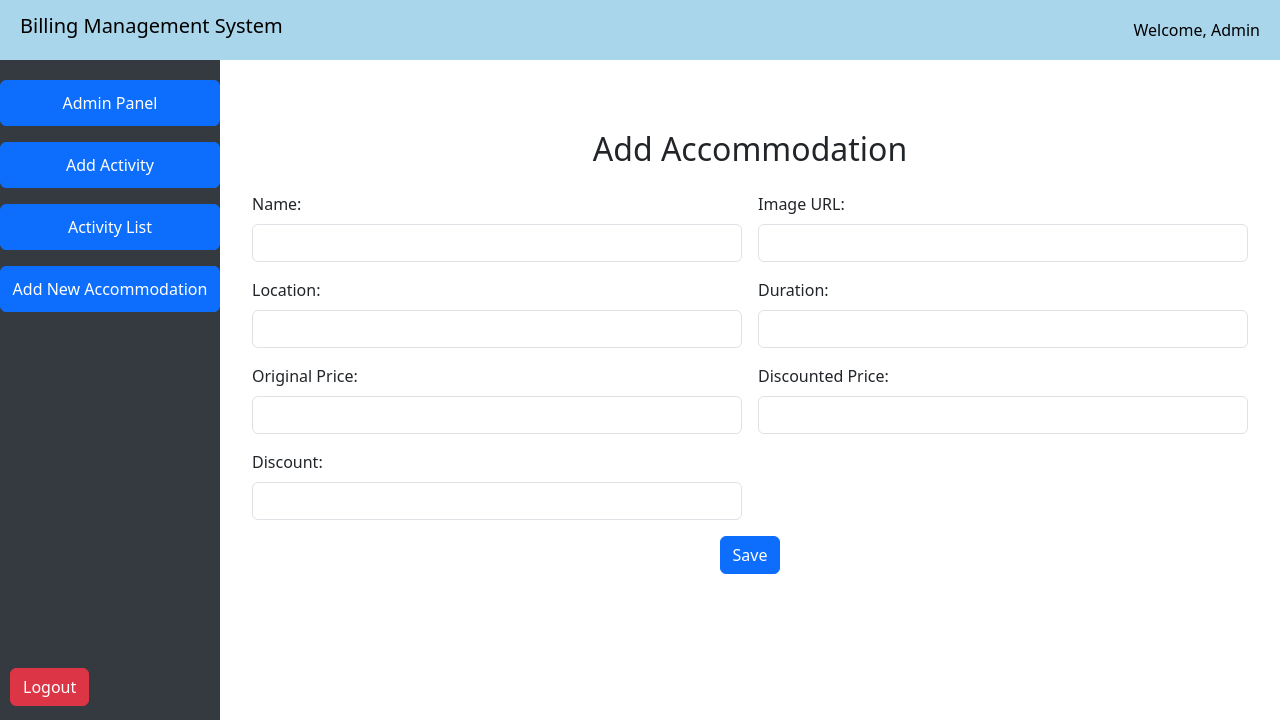
Repository: ruturajsurwase/Thymleaf-Projects
Page: http://localhost/accommodationcamp-form
The author's editor kept a copy of each file at every save. The page is drawn from the files as they stood at one save, then again after the next save.
The browser window is 1280 px wide. The pictures show the whole page.
The page is this project's Thymeleaf template; nobody is signed in. The template is opened directly, without the code that normally fills it, so the values that code supplies are empty.

Above is the page before, as saved 2024-12-12 09:20:13.

### WEEKENDFEELS/src/main/resources/templates/accommodationcamp-form.html
<!DOCTYPE html>
<html lang="en" xmlns:th="http://www.thymeleaf.org">

<head>
    <meta charset="UTF-8">
    <meta name="viewport" content="width=device-width, initial-scale=1.0">
    <title>Add Accommodation</title>
    <!-- Bootstrap CSS -->
    <link href="https://cdn.jsdelivr.net/npm/bootstrap@5.3.0-alpha3/dist/css/bootstrap.min.css" rel="stylesheet">
    <style>
        .container {
            margin-top: 30px;
        }

        .topbar {
            width: 100%;
            height: 60px;
            background-color: #aad6ec;
            color: black;
            position: fixed;
            top: 0;
            left: 0;
            z-index: 1000;
            display: flex;
            align-items: center;
            justify-content: space-between;
            padding: 0 20px;
        }

        .sidebar {
            height: 100vh;
            position: fixed;
            left: 0;
            top: 60px;
            background-color: #343a40;
            color: white;
            padding-top: 20px;
            width: 220px;
        }

        .sidebar a {
            color: white;
            display: block;
            padding: 10px;
            text-decoration: none;
            font-size: 16px;
        }

        .sidebar a:hover {
            background-color: #81b1ce;
        }

        .content {
            margin-left: 220px;
            margin-top: 80px;
            padding: 20px;
        }

        .logout-btn {
            position: absolute;
            bottom: 74px;
            width: 90%;
            left: 10px;
        }
    </style>
</head>

<body>

    <!-- Topbar -->
    <div class="topbar">
        <div class="logo">
            <h5>Billing Management System</h5>
        </div>
        <div class="user-info">
            <span>Welcome, Admin</span>
        </div>
    </div>

    <!-- Sidebar -->
    <div class="sidebar">
        <a href="/" class="btn btn-primary btn-block mb-3">Admin Panel</a>
        <a href="/add" class="btn btn-primary btn-block mb-3">Add Activity</a>
        <a href="/listActivities" class="btn btn-primary btn-block mb-3">Activity List</a>
        <a href="/accommodations/add" class="btn btn-primary btn-block mb-3">Add New Accommodation</a>
        <form th:action="@{/logout}" method="post" class="logout-btn">
            <button type="submit" class="btn btn-danger btn-block">Logout</button>
        </form>
    </div>

    <!-- Main Content -->
    <div class="content">
        <div class="container">
            <h2 class="text-center mb-4">Add Accommodation</h2>
            <form action="/accommodations/save" method="post" class="row g-3">
                <div class="col-md-6">
                    <label class="form-label" for="name">Name:</label>
                    <input type="text" id="name" name="name" class="form-control" required>
                </div>

                <div class="col-md-6">
                    <label class="form-label" for="imageUrl">Image URL:</label>
                    <input type="text" id="imageUrl" name="imageUrl" class="form-control" required>
                </div>

                <div class="col-md-6">
                    <label class="form-label" for="location">Location:</label>
                    <input type="text" id="location" name="location" class="form-control" required>
                </div>

                <div class="col-md-6">
                    <label class="form-label" for="duration">Duration:</label>
                    <input type="text" id="duration" name="duration" class="form-control" required>
                </div>

                <div class="col-md-6">
                    <label class="form-label" for="originalPrice">Original Price:</label>
                    <input type="text" id="originalPrice" name="originalPrice" class="form-control" required>
                </div>

                <div class="col-md-6">
                    <label class="form-label" for="discountedPrice">Discounted Price:</label>
                    <input type="text" id="discountedPrice" name="discountedPrice" class="form-control" required>
                </div>

                <div class="col-md-6">
                    <label class="form-label" for="discount">Discount:</label>
                    <input type="text" id="discount" name="discount" class="form-control" required>
                </div>

                <div class="col-12 text-center">
                    <button type="submit" class="btn btn-primary">Save</button>
                </div>
            </form>
        </div>
    </div>

    <!-- Bootstrap JS -->
    <script src="https://cdn.jsdelivr.net/npm/bootstrap@5.3.0-alpha3/dist/js/bootstrap.bundle.min.js"></script>

</body>

</html>

After the next save:
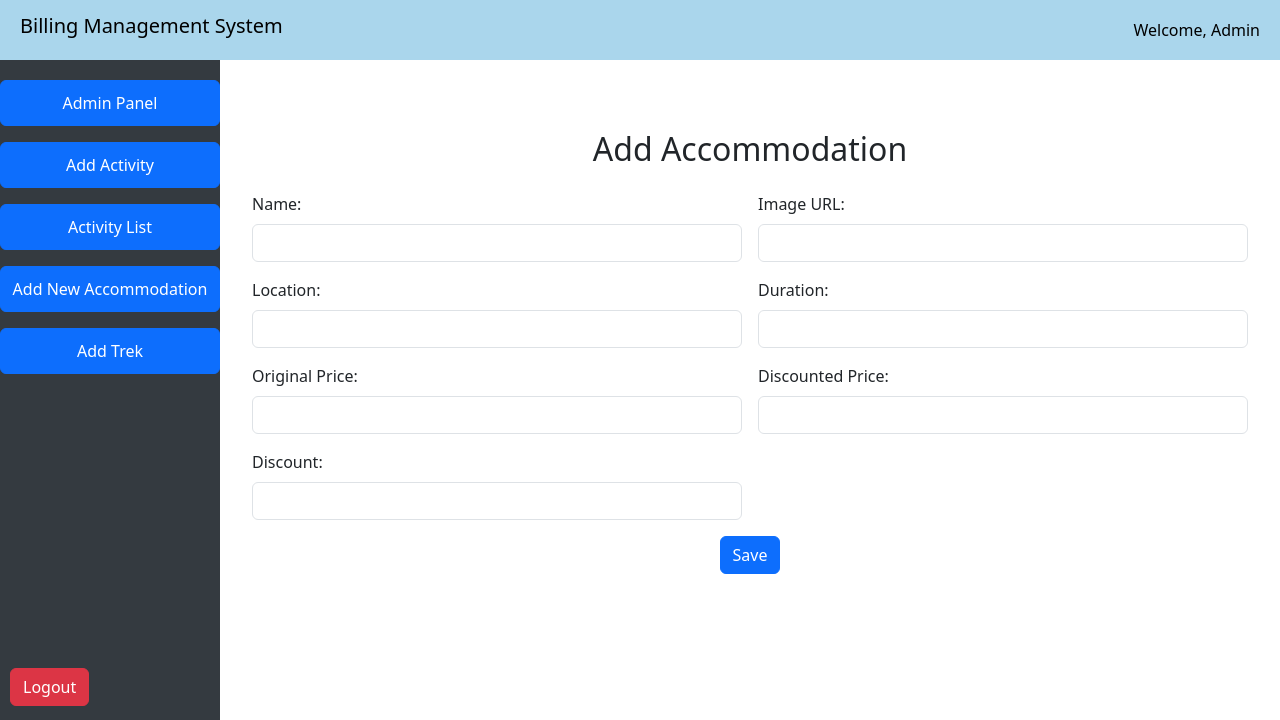
Saved 31 s later.
--- a/WEEKENDFEELS/src/main/resources/templates/accommodationcamp-form.html
+++ b/WEEKENDFEELS/src/main/resources/templates/accommodationcamp-form.html
@@ -83,6 +83,7 @@
         <a href="/add" class="btn btn-primary btn-block mb-3">Add Activity</a>
         <a href="/listActivities" class="btn btn-primary btn-block mb-3">Activity List</a>
         <a href="/accommodations/add" class="btn btn-primary btn-block mb-3">Add New Accommodation</a>
+         <a href="/trekcamp/add" class="btn btn-primary btn-block mb-3">Add Trek</a>
         <form th:action="@{/logout}" method="post" class="logout-btn">
             <button type="submit" class="btn btn-danger btn-block">Logout</button>
         </form>
